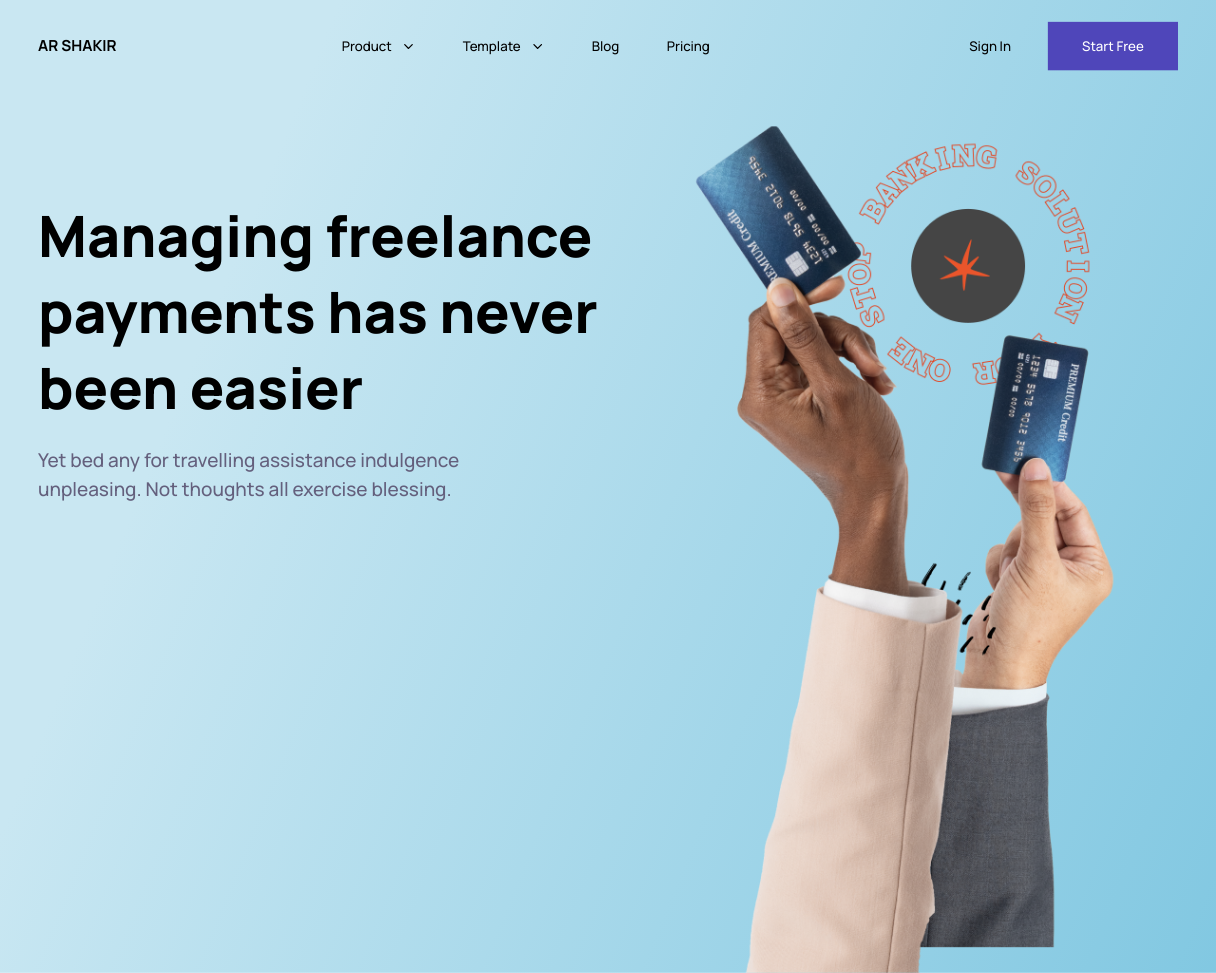
Repository: duongdori/ARShakir
Page: index.html
An editor plug-in stored every save of this project. The page is shown before and after the next save, followed by the edit.
The browser window is 1280 px wide. The pictures show the whole page, at 95% of full size.

Above is the page before, as saved 2022-04-02 00:55:28.

### index.html
<!DOCTYPE html>
<html lang="en">
<head>
    <meta charset="UTF-8">
    <meta http-equiv="X-UA-Compatible" content="IE=edge">
    <meta name="viewport" content="width=device-width, initial-scale=1.0">
    <title>Document</title>
    <link rel="preconnect" href="https://fonts.googleapis.com">
    <link rel="preconnect" href="https://fonts.gstatic.com" crossorigin>
    <link href="https://fonts.googleapis.com/css2?family=Manrope:wght@400;500;600;700;800&display=swap" rel="stylesheet">

    <link rel="stylesheet" href="./assets/css/main.css">
</head>
<body>
    <div class="wrapper">
        <header class="header">
            <div class="header-top">
                <div class="container">
                    <div class="header-logo">AR Shakir</div>
                    <ul class="header-menu">
                        <li class="header-menu-item">
                            <a href="#" class="header-menu-item-link">Product</a>
                            <a href="#" class="header-menu-item-icon">
                                <ion-icon name="ios-arrow-down"></ion-icon>
                            </a>
                        </li>
                        <li class="header-menu-item">
                            <a href="#" class="header-menu-item-link">Template</a>
                            <a href="#" class="header-menu-item-icon">
                                <ion-icon name="ios-arrow-down"></ion-icon>
                            </a>
                        </li>
                        <li class="header-menu-item">
                            <a href="#" class="header-menu-item-link">Blog</a>
                        </li>
                        <li class="header-menu-item">
                            <a href="#" class="header-menu-item-link">Pricing</a>
                        </li>
                    </ul>
                    <div class="header-login">
                        <a href="#" class="header-login-signin">Sign In</a>
                        <a href="#" class="header-login-startfree">Start Free</a>
                    </div>
                </div>
            </div>
            <div class="container">
                <div class="header-main">
                    <div class="header-content">
                        <h1 class="header-content-heading">
                            Managing freelance payments has never been easier
                        </h1>
                        <p class="header-content-desc">
                            Yet bed any for travelling assistance indulgence unpleasing. Not thoughts all exercise blessing.
                        </p>
                        <div class="header-content-btn">

                        </div>
                    </div>
                    <img srcset="./assets/images/img1.png 2x" class="header-img" alt="">
                </div>
            </div>
        </header>
    </div>
</body>
<script  src = "https://unpkg.com/ionicons@4.5.10-0/dist/ionicons.js" > </script >
</html>

### assets/css/main.css
*, *::before, *::after {
  box-sizing: border-box;
}
* {
  margin: 0;
}

html, body {
  height: 100%;
}
body {
  line-height: 1.5;
  -webkit-font-smoothing: antialiased;
  -webkit-tap-highlight-color: rgba(0,0,0,0);
}

img, picture, video, canvas, svg {
  display: block;
  max-width: 100%;
}
input, button, textarea, select {
  font: inherit;
  outline: none;
  border: none;
}
p, h1, h2, h3, h4, h5, h6 {
  overflow-wrap: break-word;
}

:root {
    --primary-font: "Manrope";
    --primary-text-color: #000;
}
body {
    font-family: var(--primary-font);
    font-weight: 500;
}

.wrapper {
    max-width: 1440px;
    margin: 0 auto;
}

.container {
    max-width: 1200px;
    margin: 0 auto;
}

.header{
    background: linear-gradient(292.12deg, #62BADA -35.02%, #C9E7F2 78.96%);
}

.header-top{
    padding-top: 38px;
}

.header-top .container {
    display:flex;
    justify-content: space-between;
    align-items: center;
}

.header-logo{
    font-weight: 700;
    font-style: 20px;
    line-height: calc(25 / 20);
    text-transform: uppercase;
    color: var(--primary-text-color);
}

.header-menu{
    display:flex;
    align-items: center;
    list-style: none;
    font-weight: 500;
    font-size: 14px;
    line-height: calc(19 / 14);
    padding: 0;
    margin-left: -50px;

}

.header-menu-item{
    margin-left: 50px;
}

.header-menu-item-link{
    color: var(--primary-text-color);
    text-decoration: none;

}

.header-menu-item-icon {
    color: var(--primary-text-color);
    margin-left: 8px;
    display: inline;
    top: 2px;
    position: relative;
}

.header-login{
    font-size: 14px;
    line-height: calc(19 / 14);
}

.header-login-signin{
    color: var(--primary-text-color);
    text-decoration: none;
    padding: 16px 36px;

}

.header-login-startfree{
    color: #fff;
    text-decoration: none;
    background-color: #4F46BA;
    padding: 16px 36px;

}


.header-main {
    display: flex;
    justify-content: space-between;
}

.header-content {
    max-width: 646px;
    width: 100%;
    margin-top: 150px;
    flex-shrink: 0;
}

.header-content-heading {
    font-size: 60px;
    font-weight: 800;
    line-height: calc(80 / 60);
    color: var(--primary-text-color);
}

.header-content-desc {
    max-width: 510px;
    width: 100%;
    margin-top: 22px;
    font-size: 20px;
    line-height: calc(30 / 20);
    color: #64607D;
}

After the next save:
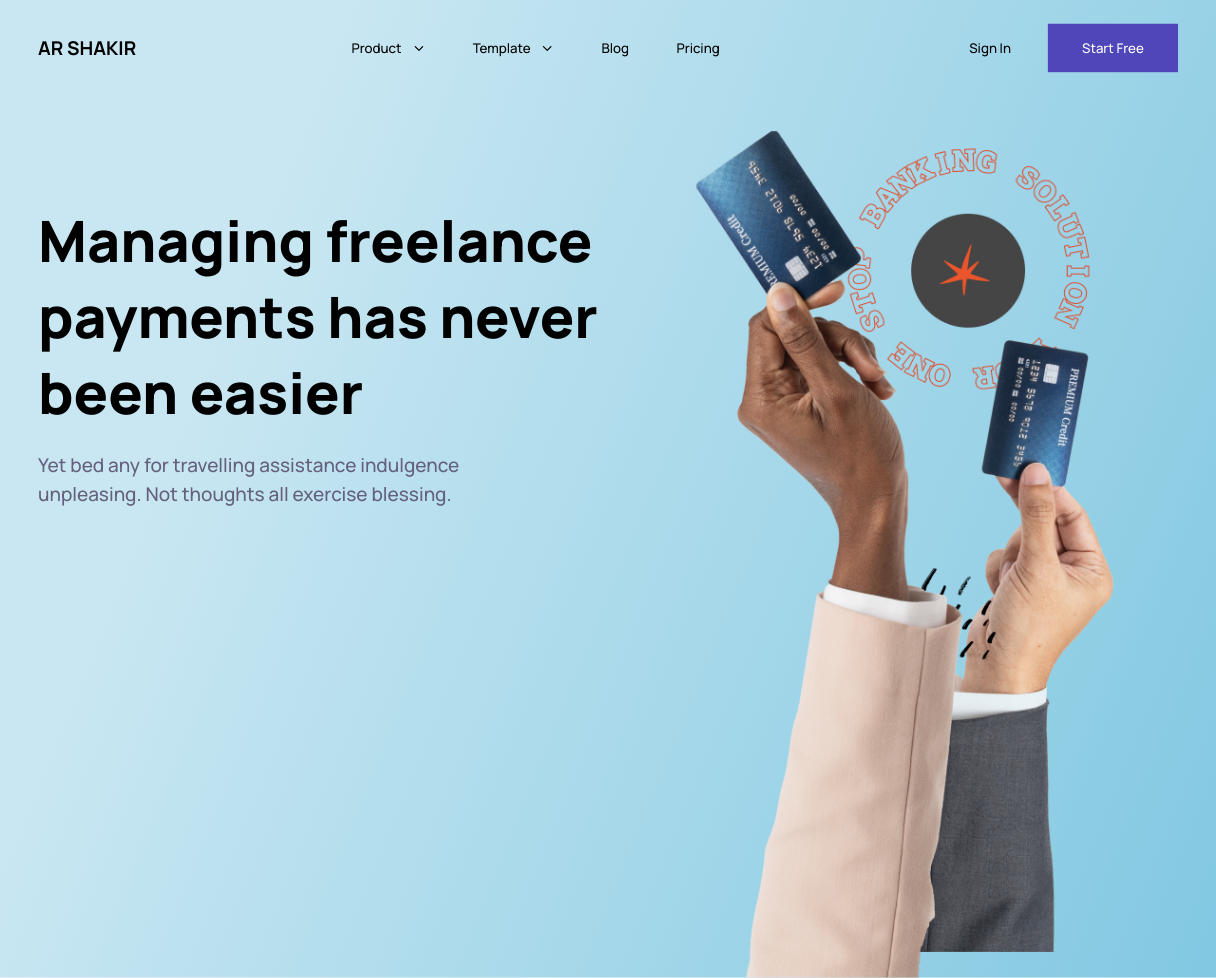
Saved 11 s later.
--- a/assets/css/main.css
+++ b/assets/css/main.css
@@ -62,7 +62,7 @@ body {
 
 .header-logo{
     font-weight: 700;
-    font-style: 20px;
+    font-size: 20px;
     line-height: calc(25 / 20);
     text-transform: uppercase;
     color: var(--primary-text-color);
